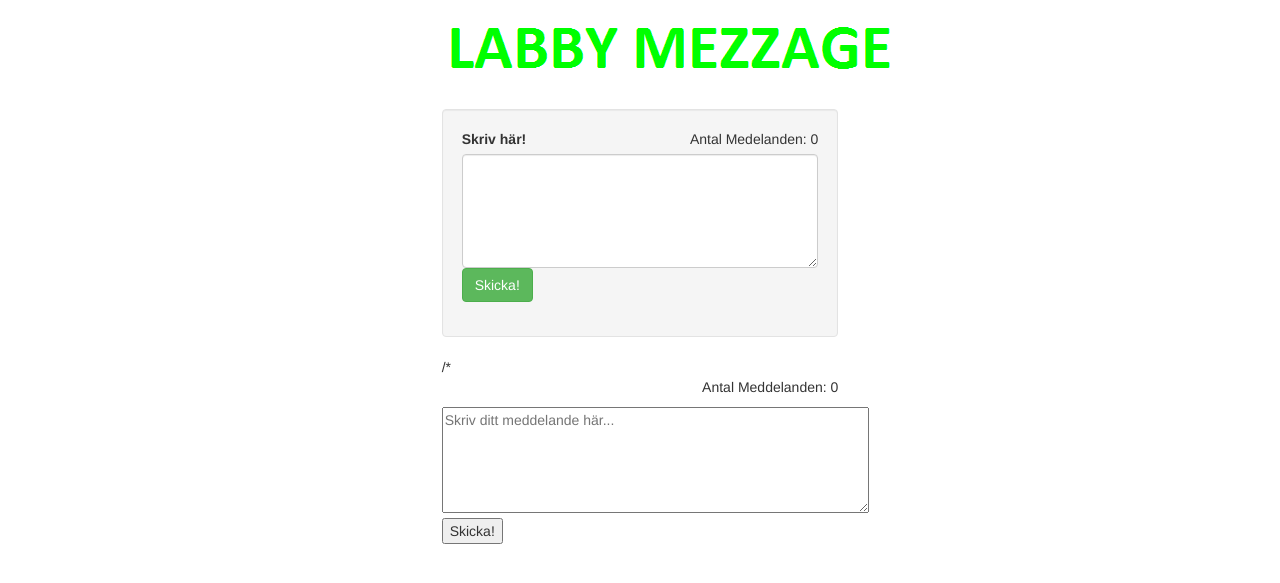
Repository: mc22dg/1dv403-laborationer
Page: 2-labbymezzage/index.html
The author's editor kept a record of every edit. The page is drawn from the files as they stood at one moment, then again after the next edit.
The browser window is 1280 px wide. The pictures show the whole page.

Above is the page before.

After the next edit:
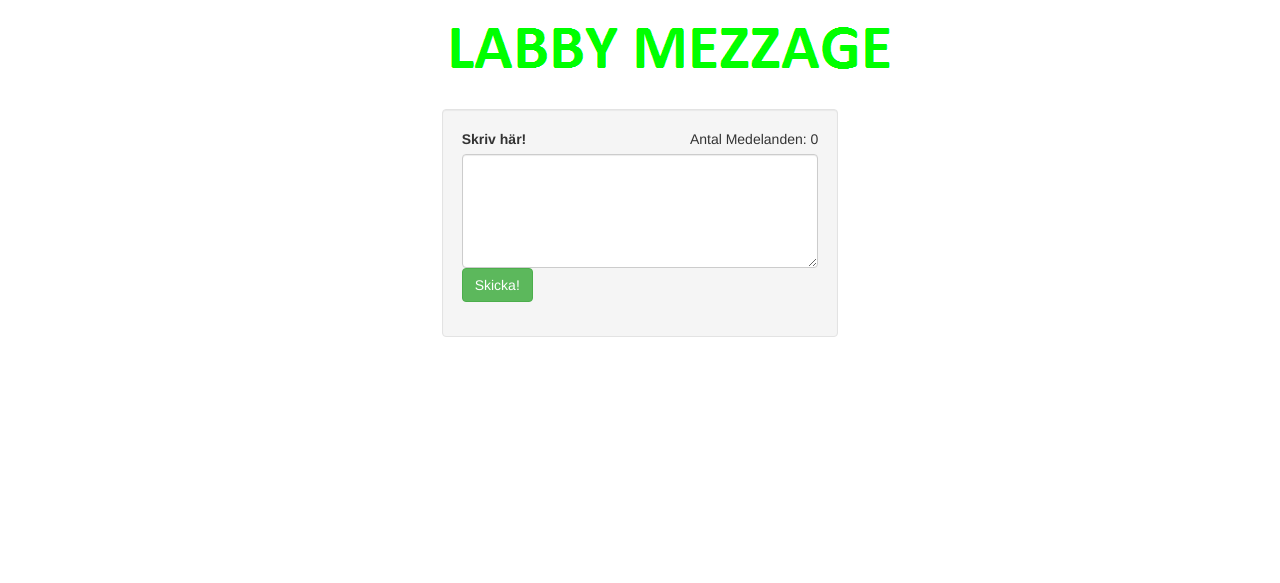
The edit:
--- a/2-labbymezzage/index.html
+++ b/2-labbymezzage/index.html
@@ -36,15 +36,7 @@
                 </div>
         </div>
 
-            <div ="">
 
-            </div>
-
-          /*  <div id="bottom">
-                <p id="numberOfMess">Antal Meddelanden: 0</p>
-                <textarea id="textarea" rows="5" cols="50" placeholder="Skriv ditt meddelande här..."></textarea>
-                <input id="button" type="button" value="Skicka!" />
-            </div>
 
 
      <script src="message.js"></script>
